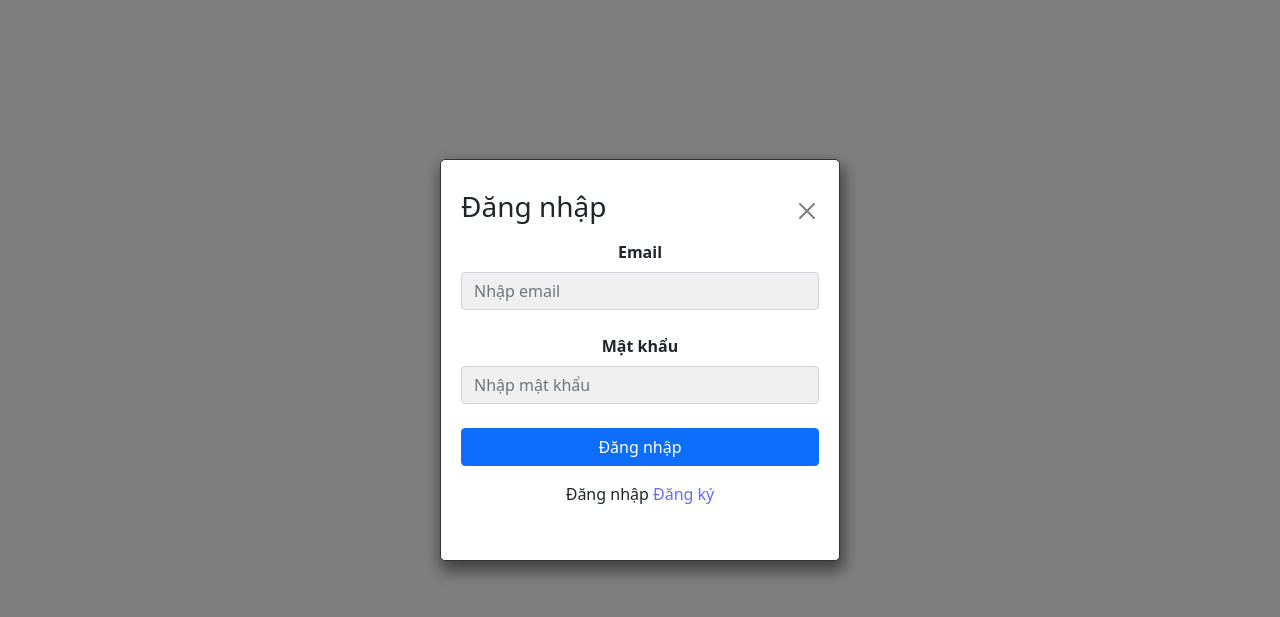
Repository: TinhTT336/MD02_Session12
Page: / (app in client/)
The author's editor kept a copy of each file at every save. The page is drawn from the files as they stood at one save, then again after the next save.
The browser window is 1280 px wide. The pictures show the whole page.
The project was rebuilt for these pictures with package versions that can differ from the ones it lists, and the page was loaded fresh each time. Also part of the build but not shown: client/vite.config.js, client/src/utils/formatData.js, client/src/components/admin/manager-product/FormAdd.jsx, client/src/components/admin/manager-product/FormEdit.jsx, client/src/pages/product/ListProduct.jsx, client/src/components/admin/manager-user/FormAddUser.jsx, client/src/components/admin/manager-user/FormEditUser.jsx, client/src/components/base/loading.css and 2 more.

Above is the page before, as saved 2023-09-12 15:13:34.

After the next save:
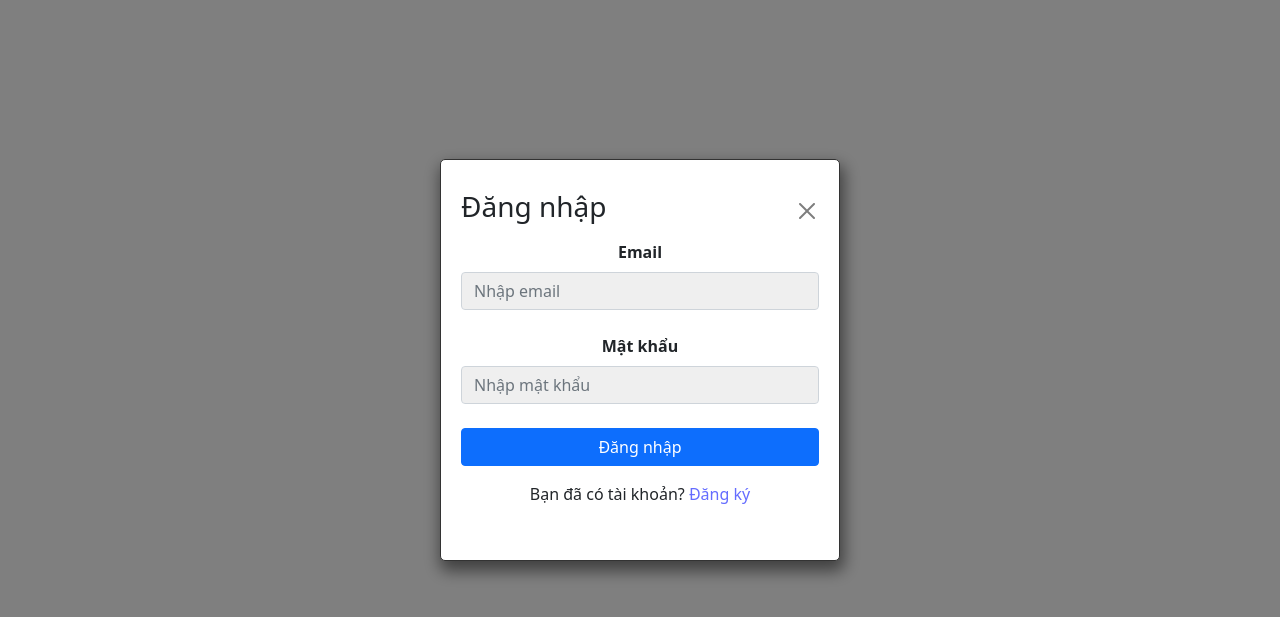
Saved 9 s later.
--- a/client/src/pages/user/login/Login.jsx
+++ b/client/src/pages/user/login/Login.jsx
@@ -113,7 +113,7 @@ export default function Login() {
                     <div className='mb-2'>
                         <button className='btn btn-primary w-100'>Đăng nhập</button>
                     </div>
-                    <p className='p-2 text-center' >{resourceForm.headingLogin} <a href='#'>Đăng ký</a> </p>
+                    <p className='p-2 text-center' >{resourceForm.confirmAccount} <a href='#'>Đăng ký</a> </p>
                 </form>
             </div>
         </>
